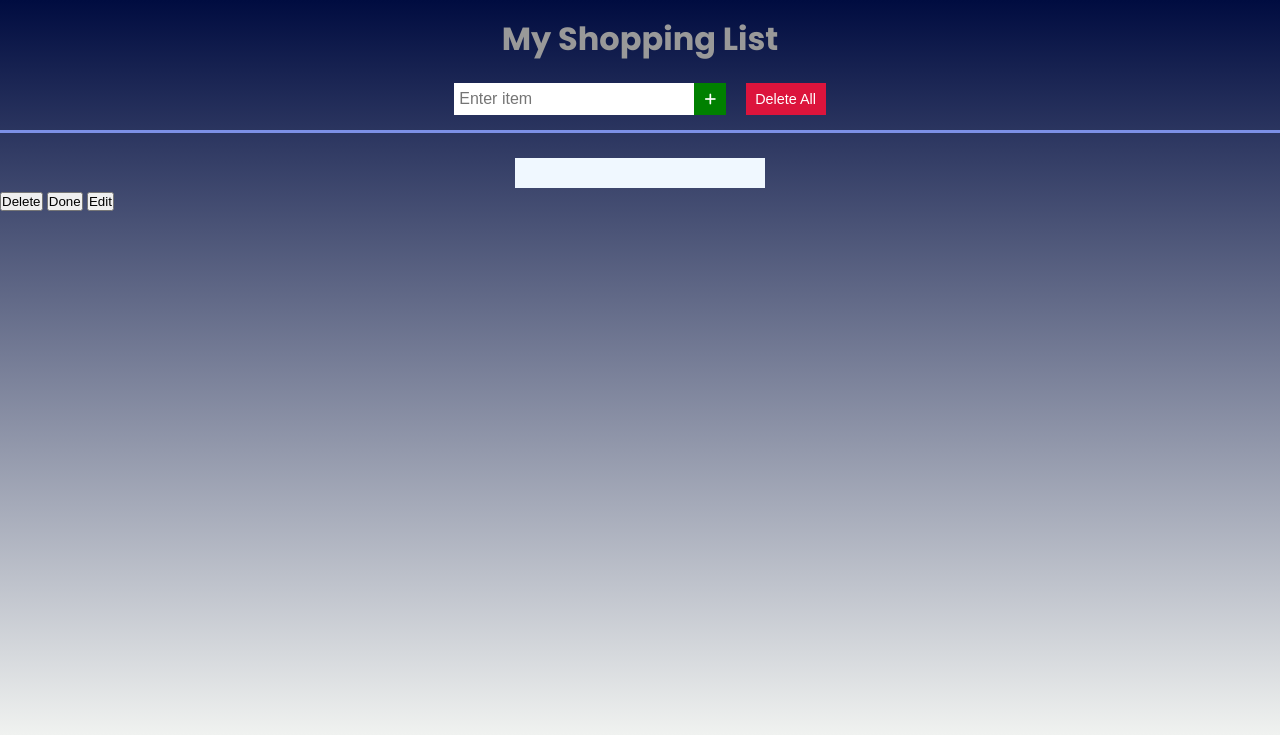
Repository: SaadYasin/shopping-list01-js
Page: index.html
The author's editor kept a copy of each file at every save. The page is drawn from the files as they stood at one save, then again after the next save.
The browser window is 1280 px wide. The pictures show the whole page.

Above is the page before, as saved 2021-12-06 02:51:52.

### index.html
<!DOCTYPE html>
<html lang="en">
<head>
    <meta charset="UTF-8">
    <meta http-equiv="X-UA-Compatible" content="IE=edge">
    <meta name="viewport" content="width=device-width, initial-scale=1.0">
    <title>Shopping List App</title>
    <link rel="stylesheet" href="styles.css">
    <link rel="preconnect" href="https://fonts.googleapis.com">
    <link rel="preconnect" href="https://fonts.gstatic.com" crossorigin>
    <link href="https://fonts.googleapis.com/css2?family=Poppins:ital,wght@0,100;0,300;0,400;0,600;0,700;1,100;1,300;1,400;1,600;1,700&display=swap" rel="stylesheet">

    <link rel="stylesheet" href="https://cdnjs.cloudflare.com/ajax/libs/font-awesome/6.0.0-beta3/css/all.min.css">

</head>
<body>
    <header>
        <h1>My Shopping List</h1>
    </header>

        <form>
            <input type="text" class="list-input" name="item-text" placeholder="Enter item" aria-label="Enter item" required>

            <button class="btn-add-item" type="submit"><i class="fa fa-plus" aria-hidden="true"></i></button>

            <button class="btn-delete-all" type="button" >Delete All</button>
        </form>

        <!-- Page divider -->
        <div id="divider"></div>

        <!-- Container start -->
        <div class="container">

            <!-- Un-ordered list start -->
            <ul id="items-list">
                <div class="list">
                    <li class="item"></li>

                    <button>Delete</button>
                    <button>Done</button>
                    <button>Edit</button>
                </div>
            </ul>
            <!-- Un-ordered list end -->

        </div>
        <!-- Container end -->

    <script src="app.js"></script>
</body>
</html>

### styles.css
* {
    padding: 0;
    margin: 0;
    box-sizing: border-box;
}

body {
    min-height: 100vh;
    background: #F0F2F0;  /* fallback for old browsers */
    background: linear-gradient(to top,#f0f2f0 , #000C40); /* W3C, IE 10+/ Edge, Firefox 16+, Chrome 26+, Opera 12+, Safari 7+ */
    font-family: 'Poppins', sans-serif;
}

header h1 {
    color: #999;
    min-height: 5vh;
    text-align: center;
    margin-top: 15px;
}

form {
    display: flex;
    margin-top: 20px;
    justify-content: center;
    align-items: center;
}

.list-input {
    height: 2rem;
    width: 15rem;
    padding: .3rem;
    font-size: 1rem;
    border: none;
    background: white;
}

.btn-add-item {
    height: 2rem;
    width: 2rem;
    border: none;
    outline: none;
    background: green;
    color: white;
    transition: all .5s ease;
}

.btn-add-item:hover {
    background: darkgreen;

}

.btn-delete-all {
    height: 2rem;
    border: none;
    outline: none;
    font-size: .9rem;
    color: white;
    margin-left: 1.2rem;
}

#item-txt {
    height: 30px;
    width: 220px;
    font-size: 16px;
    padding-left: 5px;
}

.btn {
    width: 30px;
    height: 30px;
    border: none;
    outline: none;
    font-size: 14px;
    color: #fff;
    cursor: pointer;
}

.plus-btn {
    background-color: seagreen;
    color: #fff;
    font-size: 16px;
}

.btn-delete-all {
    width: 80px;
    background-color: crimson;

}

#divider {
    width: 100vw;
    height: 3px;
    background-color: #7c90e6;
    margin-top: 15px;
}

.container {
    width: 100%;
    padding-top: 20px;

}

#items-list {
    display: flex;
    flex-direction: column;
    list-style-type: none;
}

.list-line {
    display: flex;
    justify-content: center;
    margin-top: 5px;
}

.item {
    align-items: center;
}

li {
    display: flex;
    width: 250px;
    height: 30px;
    font-size: 14px;
    background-color: aliceblue;
    padding-left: 5px;
    margin-top: 5px;
    margin-left: auto;
    margin-right: auto;

}

.btn-delete-item {
    width: 30px;
    margin-top: 5px;
    background-color: maroon;
    color: #fff;

}

.far {
    margin: 9px;

}

.fas {
    margin: 9px;

}

.btn-done {
    width: 30px;
    border: none;
    margin-top: 5px;
    background-color: gray;
    color: #555;
    font-size: 14px;
}

.btn.btn-edit {
    width: 30px;
    margin-top: 5px;
    background-color: rgb(194, 95, 29);
    color: #fff;

}

### app.js
// Selectors
const listInput = document.querySelector('.list-input')
const addBtn = document.querySelector('.btn-add-item');
const shoppingList = document.querySelector('.shopping-list');

// Event Listeners
listInput.addEventListener('click', addItem);

// Functions
function addItem(e) {

    // Prevent default behavior - form submitting
    e.preventDefault();

    // Create List DIV
    const listDiv = document.createElement('div');
    listDiv.classList.add('list');

    // Create LI
    const newLi = document.createElement('li');
    newLi.innerHTML = 'hey';
    newLi.classList.add('item');

    listDiv.appendChild(newLi);

    // Delete item button
    const deleteBtn = document.createElement('button');
    deleteBtn.innerHTML = '<i class="far fa-trash-alt"></i>'
}

After the next save:
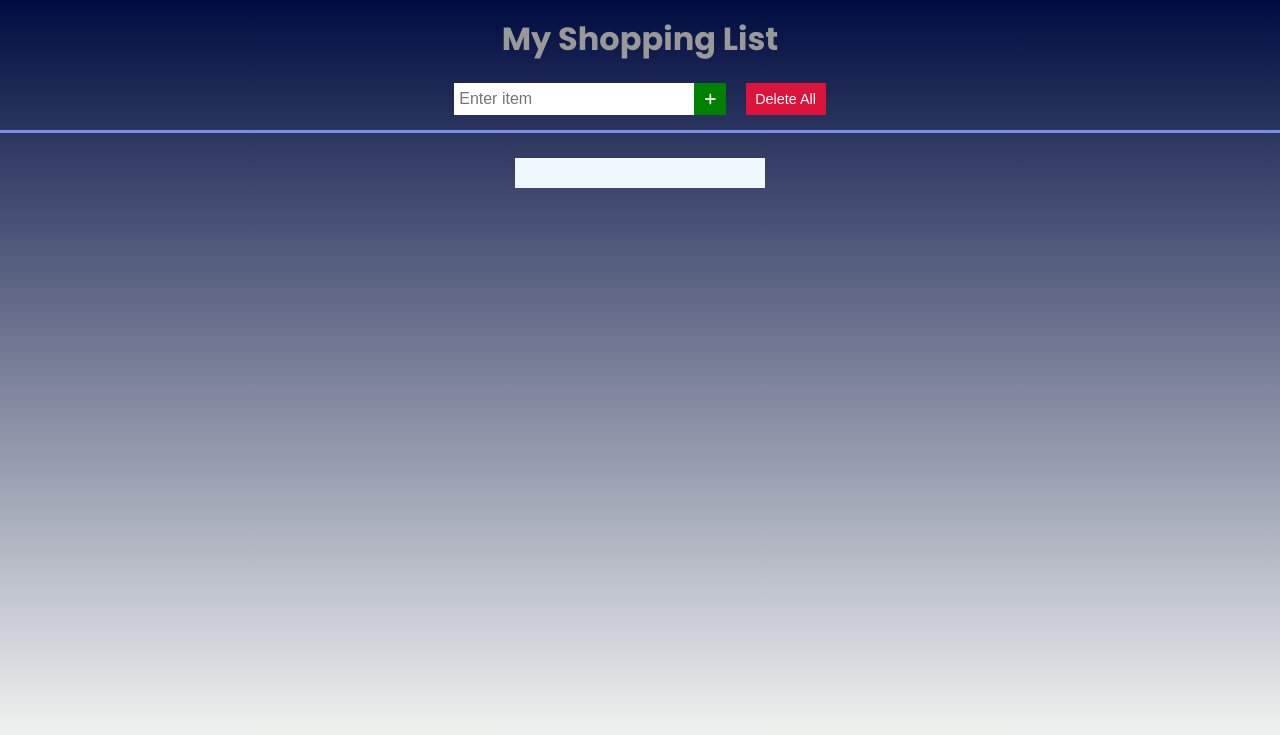
Saved 34 s later.
--- a/index.html
+++ b/index.html
@@ -37,9 +37,6 @@
                 <div class="list">
                     <li class="item"></li>
 
-                    <button>Delete</button>
-                    <button>Done</button>
-                    <button>Edit</button>
                 </div>
             </ul>
             <!-- Un-ordered list end -->
